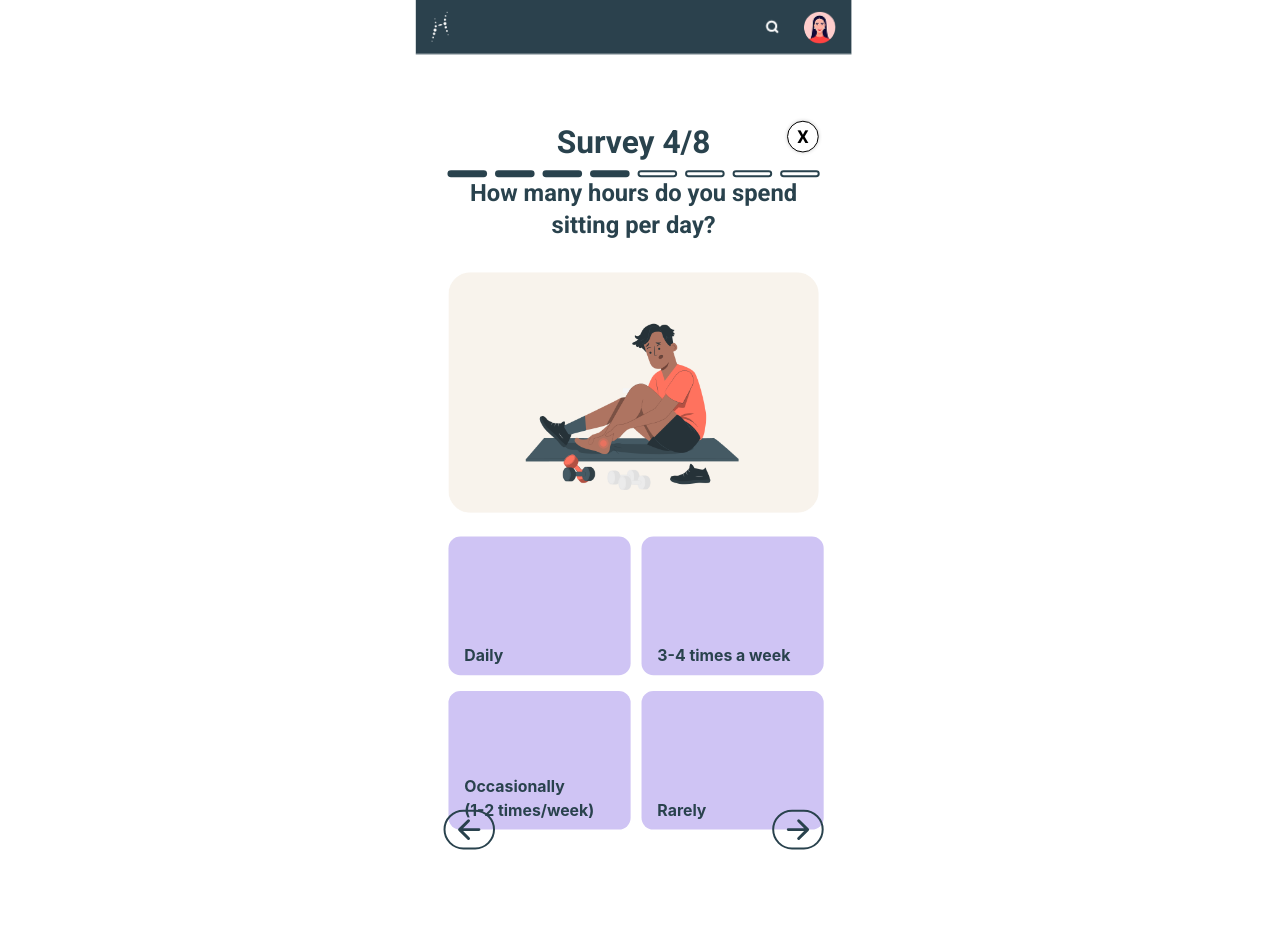
Repository: patcha-d3/heal_u
Page: /onboarding/step-two
The author's editor kept a copy of each file at every save. The page is drawn from the files as they stood at one save, then again after the next save.
The browser window is 1280 px wide. The pictures show the whole page, at 99% of full size.
The project was rebuilt for these pictures with package versions that can differ from the ones it lists, and the page was loaded fresh each time. The framework's server and built-in components were replaced by stand-ins that run in the browser. Also part of the build but not shown: next.config.js, next.config.mjs, ui/Bottomnav/Bottomnav.module.css, ui/Bottomnav/Bottomnav.js, ui/SurveyProgress/Surveyprogress.css.

Above is the page before, as saved 2025-05-16 21:08:21.

After the next save:
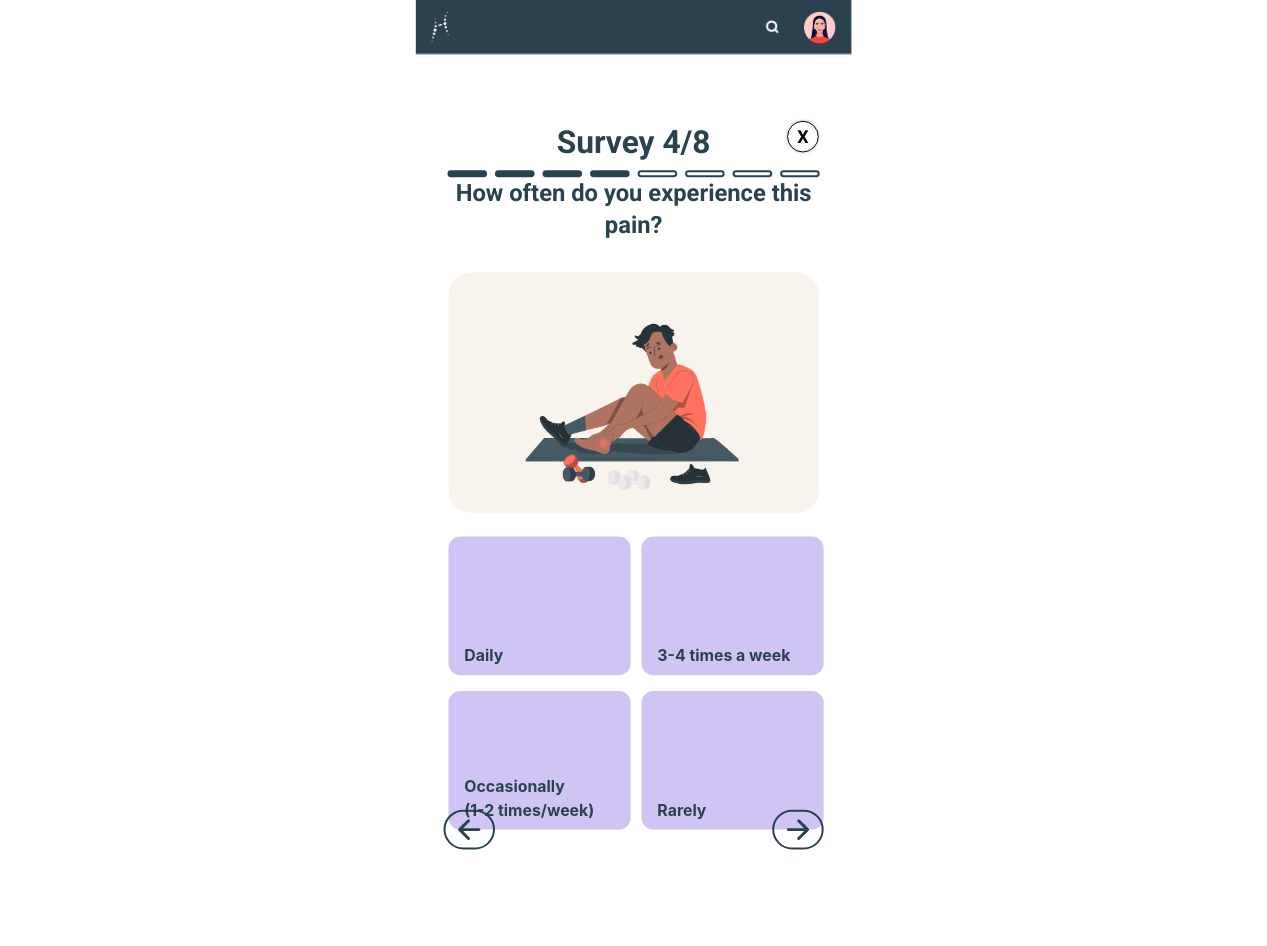
Saved 19 s later.
--- a/app/onboarding/step-two/page.js
+++ b/app/onboarding/step-two/page.js
@@ -40,8 +40,7 @@ export default function RootPage() {
 					totalSteps={totalSteps}
 				/>
 				<h2 className='text-2xl font-semibold text-[#29424D] text-center'>
-					How many hours do you spend sitting per
-					day?
+					How often do you experience this pain?
 				</h2>
 
 				{/* Image and Button Wrapper */}
